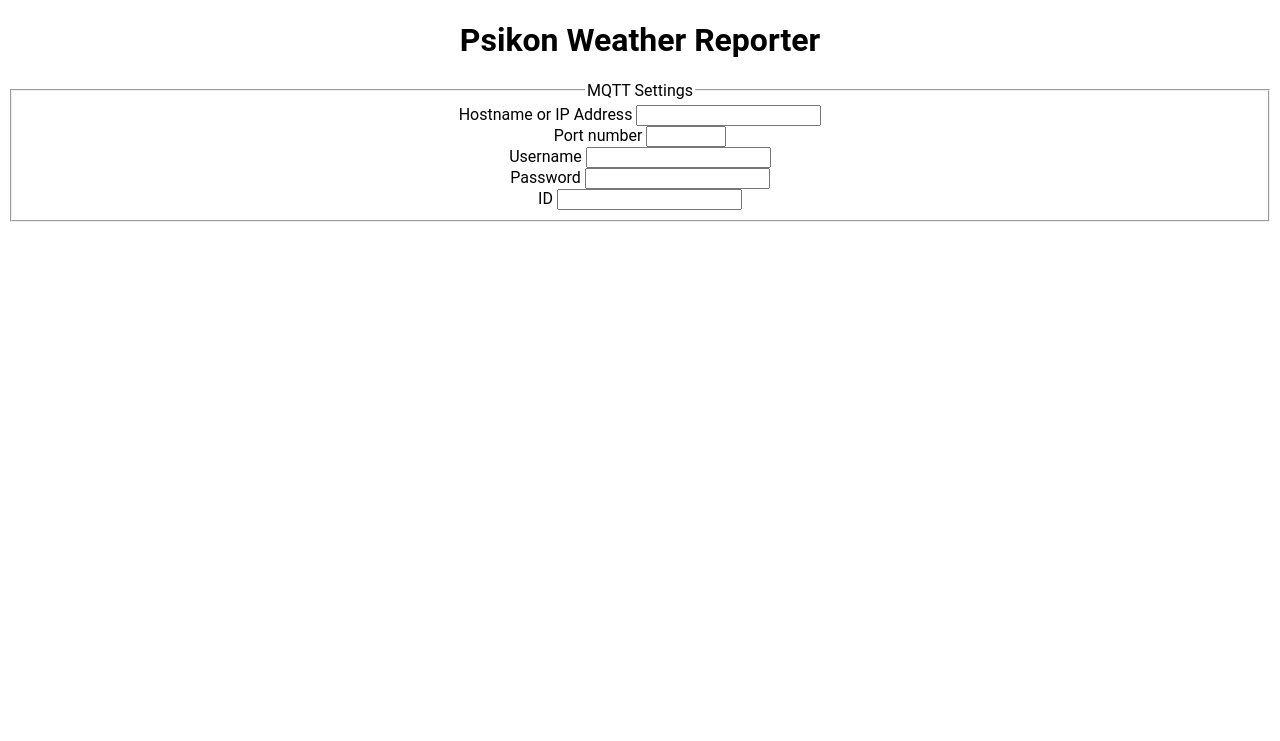
Repository: alex-dow/psikon-weather-station
Page: data/index.html
These files come from the project's save history. The page is drawn as it stood at one moment and after the next save; the edit follows.
The browser window is 1280 px wide. The pictures show the whole page.

Above is the page before, as saved 2021-12-09 22:27:06.

### data/index.html
<!DOCTYPE html>
<html>
<head>
  <meta charset='utf-8'>
  <meta http-equiv='X-UA-Compatible' content='IE=edge'>
  <title>Psikon Weather Reporter</title>
  <meta name='viewport' content='width=device-width, initial-scale=1'>
  <style>
    html,body {
      margin: 0
      width: 100%;
      height: 100%;
      text-align: center;
      font-family: 'Roboto', sans-serif;
    }

    .form-control
    {
      border-radius: 0px;
      height: 40px;
    }
  </style>
</head>
<body>
  <h1>Psikon Weather Reporter</h1>
  <form>
    <fieldset>
      <legend>MQTT Settings</legend>

      <label for="mqtt_host">Hostname or IP Address</label>
      <input id="mqtt_host"/><br/>
      <label for="mqtt_port">Port number</label>
      <input id="mqtt_port" type="number" min="0" max="65536"/><br/>
      <label for="mqtt_username">Username</label>
      <input id="mqtt_username"/><br/>
      <label id="mqtt_password">Password</label>
      <input id="mqtt_password"/><br/>
      <label for="mqtt_id">ID</label>
      <input id="mqtt_id" /><br/>
    </fieldset>
  </form>
</body>
</html>

After the next save:
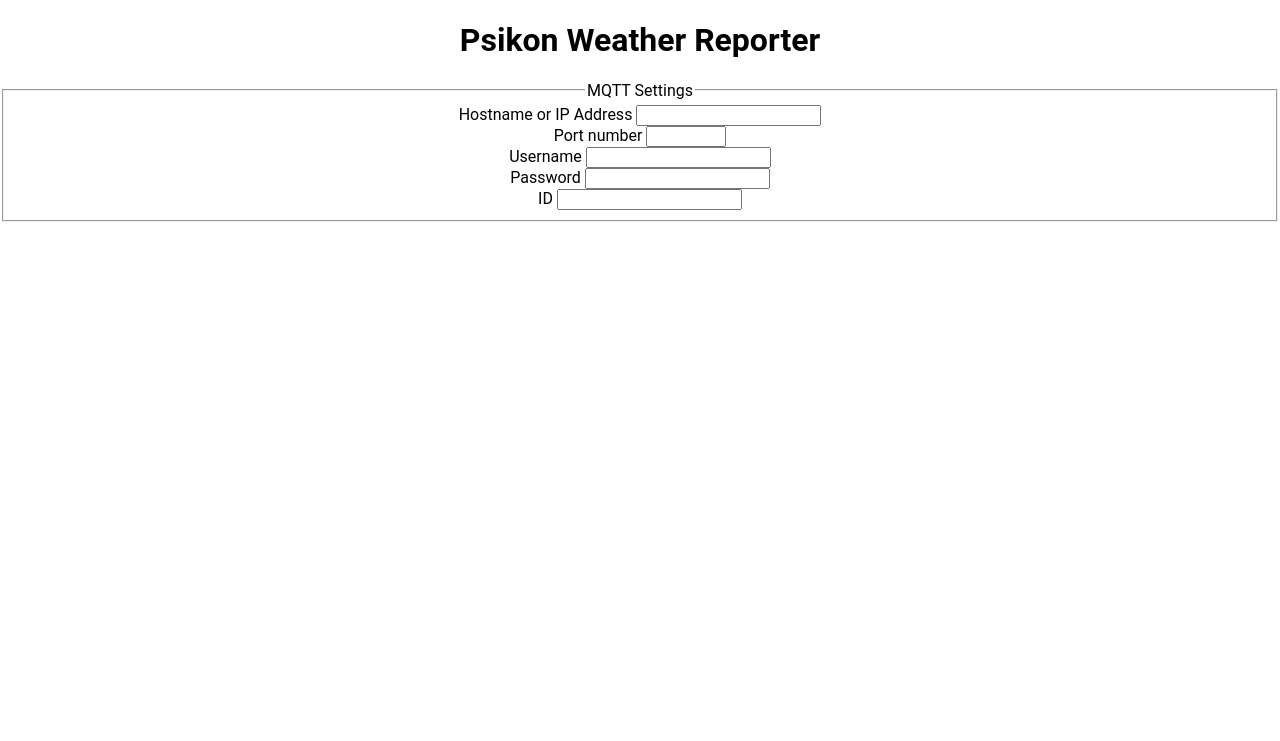
Saved 11 s later.
--- a/data/index.html
+++ b/data/index.html
@@ -7,7 +7,7 @@
   <meta name='viewport' content='width=device-width, initial-scale=1'>
   <style>
     html,body {
-      margin: 0
+      margin: 0;
       width: 100%;
       height: 100%;
       text-align: center;
